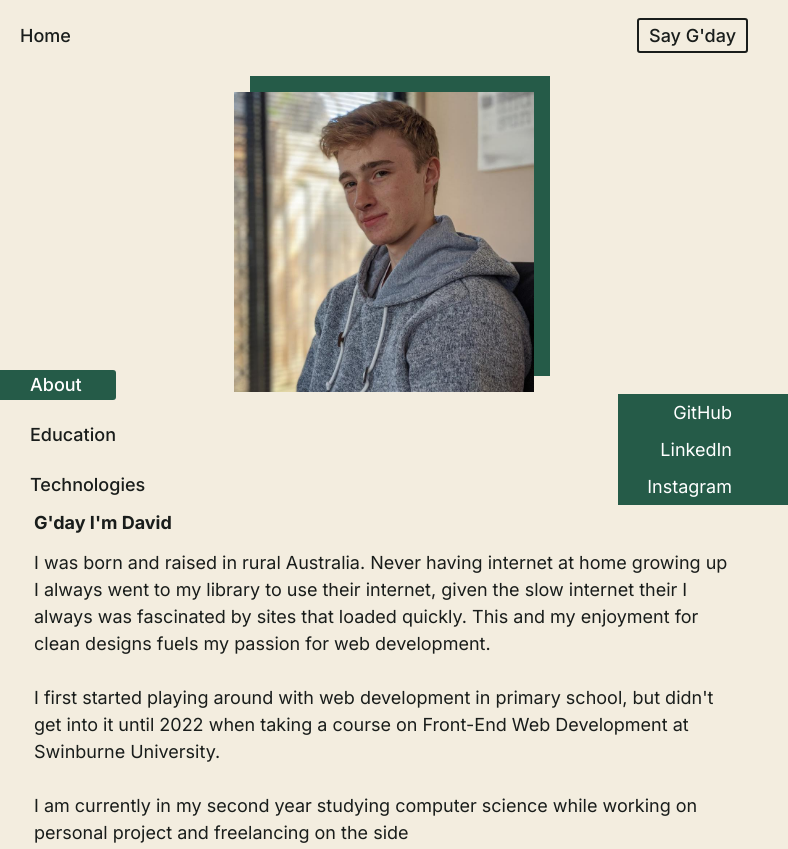
Repository: David-Waite/David-Waite-Portfolio
Page: /about
An editor plug-in stored every save of this project. The page is shown before and after the next save, followed by the edit.
The browser window is 768 px wide. The page is 788 px wide, so the pictures cover 788 px, including what lies to the right of the window. The pictures show the whole page.
The project was rebuilt for these pictures with package versions that can differ from the ones it lists, and the page was loaded fresh each time. The framework's server and built-in components were replaced by stand-ins that run in the browser. Also part of the build but not shown: next.config.js.

Above is the page before, as saved 2023-07-27 10:20:35.

After the next save:
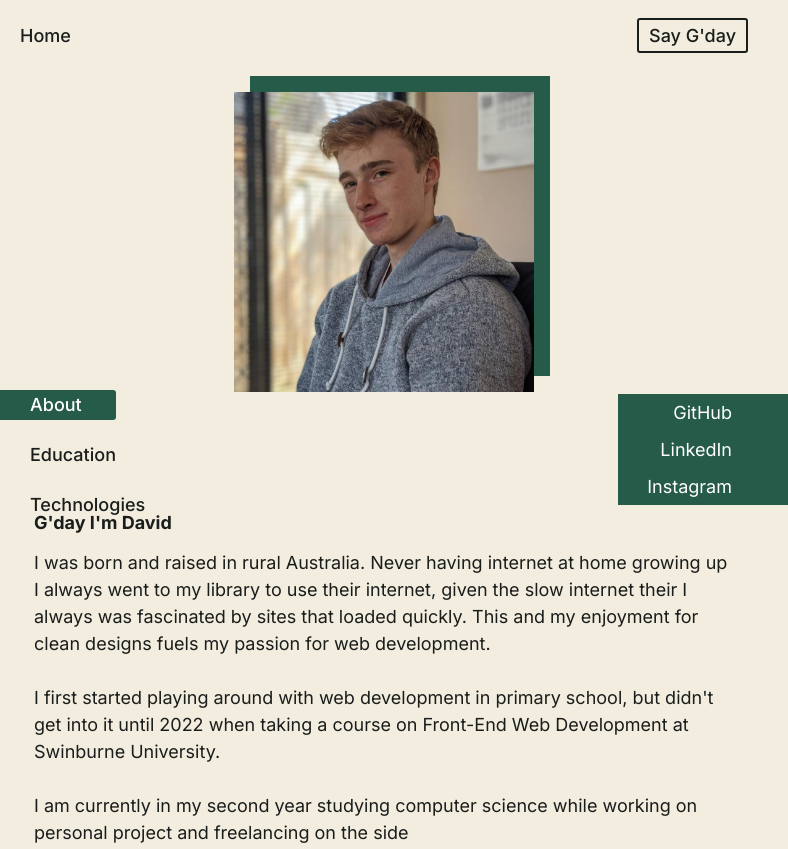
Saved 5 s later.
--- a/app/components/About/Menu/menu.module.css
+++ b/app/components/About/Menu/menu.module.css
@@ -88,6 +88,6 @@
 
 @media (max-width: 768px) {
   .menu {
-    top: 370px;
+    top: 390px;
   }
 }
